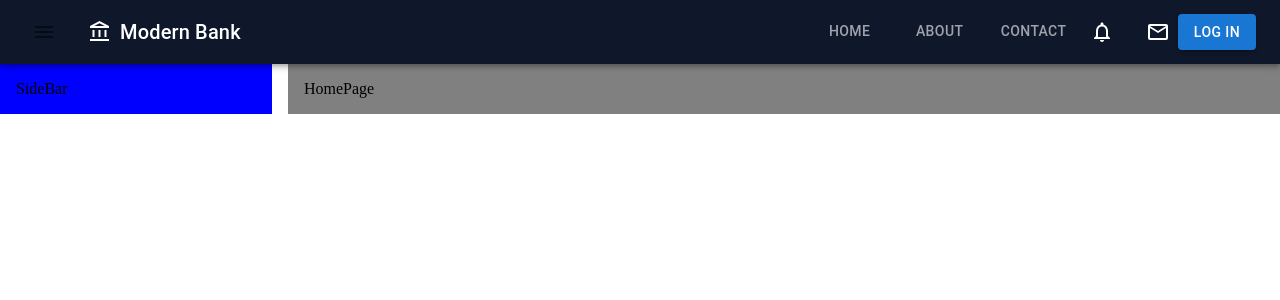
Repository: MohammadMazloum123/Moder-Bank-Full-Stack-Project
Page: / (app in Desktop/front-modernbank/front-modernbank/)
These files come from the project's save history. The page is drawn as it stood at one moment and after the next save; the edit follows.
The browser window is 1280 px wide. The pictures show the whole page.
The project was rebuilt for these pictures with package versions that can differ from the ones it lists, and the page was loaded fresh each time.

Above is the page before, as saved 2024-11-15 17:28:53.

After the next save:
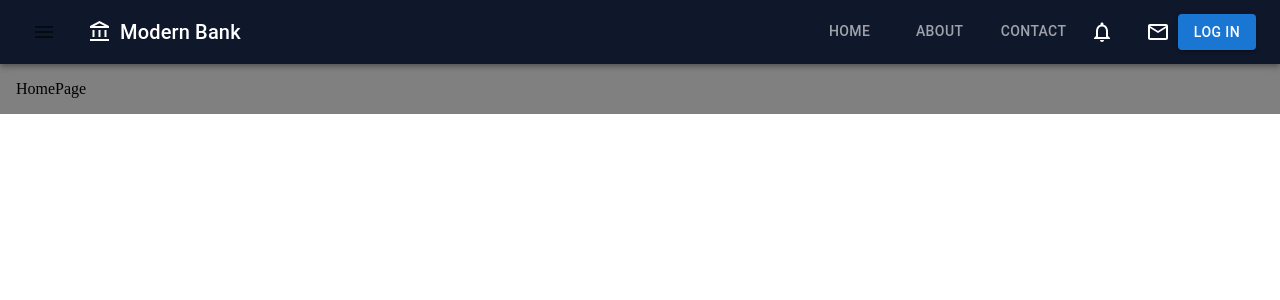
Saved 2 min 58 s later.
--- a/Desktop/front-modernbank/front-modernbank/src/App.js
+++ b/Desktop/front-modernbank/front-modernbank/src/App.js
@@ -9,7 +9,6 @@ function App() {
     <Box>
       <NavBar/>
       <Stack direction="row" spacing={2} justifyContent="space-between">
-        <SideBar/>
         <HomePage/>
       </Stack>
     </Box>
